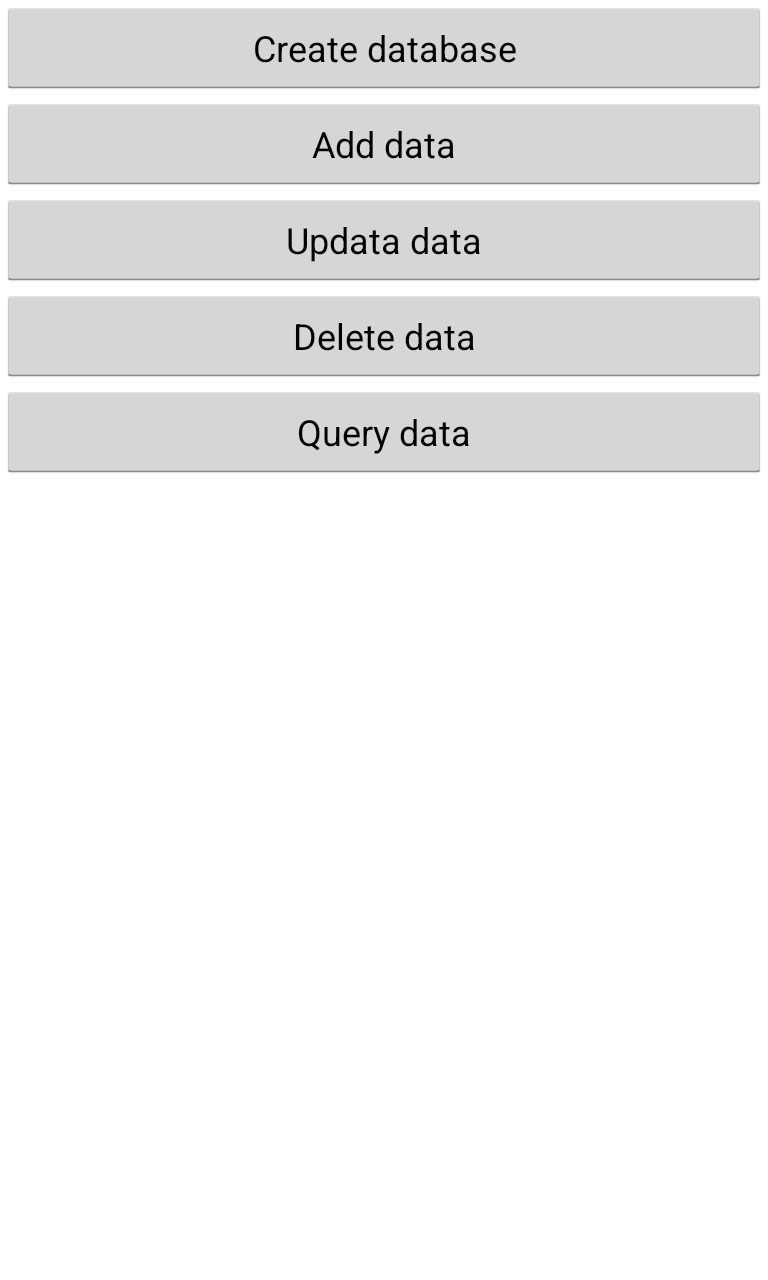
Repository: HantaoShu/android_learning
Layout: DatabaseTest/res/layout/activity_main.xml
An editor plug-in stored every save of this project. The layout is shown before and after the next save, followed by the edit.
It is drawn on a 768 x 1280 px phone screen (xhdpi) without system bars, with theme AppTheme; the app's code is not run.

Above is the layout before, as saved 2016-02-16 08:13:09.

### DatabaseTest/res/layout/activity_main.xml
<?xml version="1.0" encoding="utf-8"?>
<LinearLayout xmlns:android="http://schemas.android.com/apk/res/android"
    android:layout_width="match_parent"
    android:layout_height="match_parent"
    android:orientation="vertical" >
    <Button
        android:id="@+id/create_database"
        android:layout_width="match_parent"
        android:layout_height="wrap_content"
        android:text="Create database"
        ></Button>
	<Button
	   android:id="@+id/add_data"
	   android:layout_width="match_parent"
	   android:layout_height="wrap_content"
	   android:text="Add data"
	   ></Button>
	<Button
	   android:id="@+id/updata_data"
	   android:layout_width="match_parent"
	   android:layout_height="wrap_content"
	   android:text="Updata data"
	   ></Button>
	<Button
	   android:id="@+id/delete_data"
	   android:layout_width="match_parent"
	   android:layout_height="wrap_content"
	   android:text="Delete data"
	   ></Button>
	<Button
	   android:id="@+id/query_data"
	   android:layout_width="match_parent"
	   android:layout_height="wrap_content"
	   android:text="Query data"
	   ></Button>
</LinearLayout>

Loaded but not shown: DatabaseTest/res/values/styles.xml (common file); DatabaseTest/res/values-v11/styles.xml (common file); DatabaseTest/res/values-v14/styles.xml (common file)

After the next save:
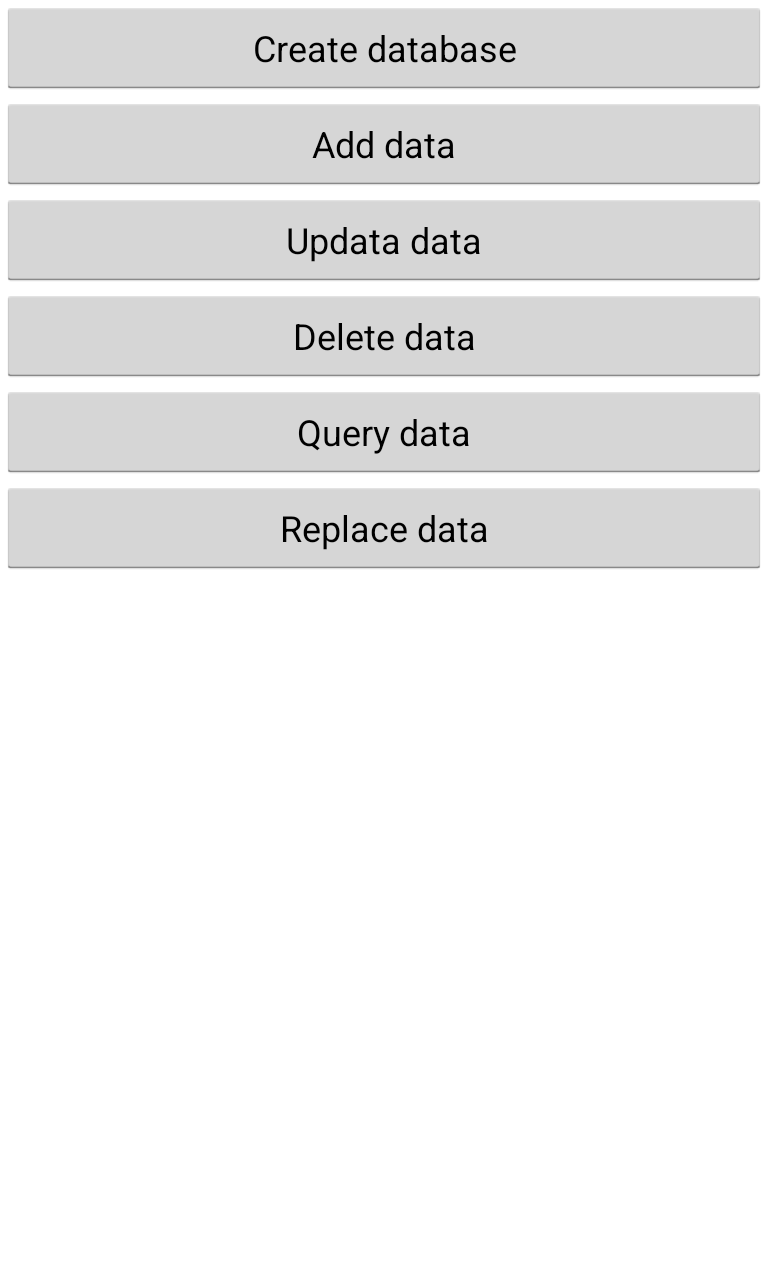
Saved 4 min 49 s later.
--- a/DatabaseTest/res/layout/activity_main.xml
+++ b/DatabaseTest/res/layout/activity_main.xml
@@ -33,4 +33,10 @@
 	   android:layout_height="wrap_content"
 	   android:text="Query data"
 	   ></Button>
+	<Button
+	   android:id="@+id/replace_data"
+	   android:layout_width="match_parent"
+	   android:layout_height="wrap_content"
+	   android:text="Replace data"
+	   ></Button>
 </LinearLayout>
